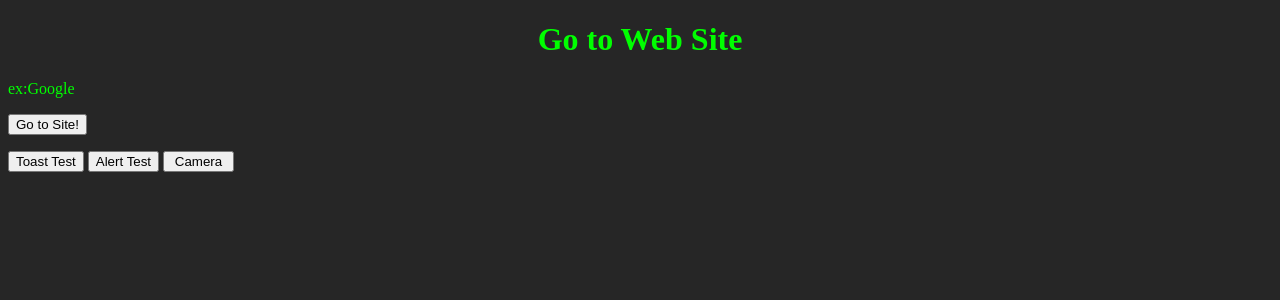
Repository: kenshiryu7/mdv-projects
Page: MDF3/project_4/Project4/assets/index.html
An editor plug-in stored every save of this project. The page is shown before and after the next save, followed by the edit.
The browser window is 1280 px wide. The pictures show the whole page.

Above is the page before, as saved 2013-02-28 18:57:35.

After the next save:
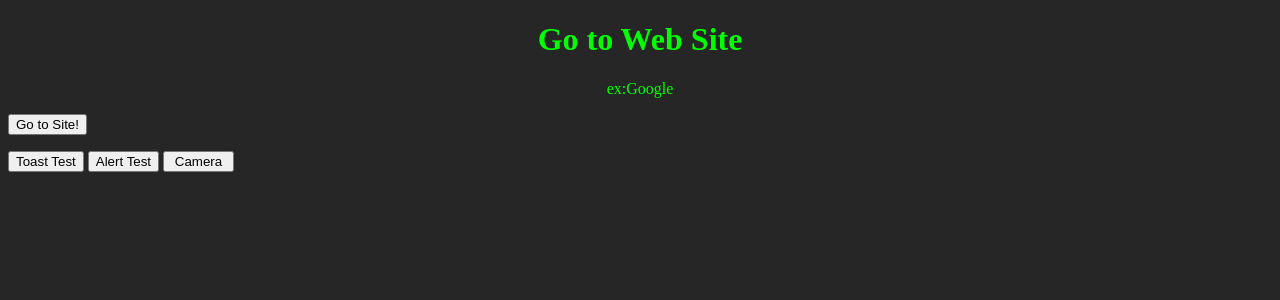
Saved 22 s later.
--- a/MDF3/project_4/Project4/assets/index.html
+++ b/MDF3/project_4/Project4/assets/index.html
@@ -63,5 +63,8 @@
 			h1{
 				text-align:center}
 
+			#mytext{
+				text-align:center}
+
 		</style>
 </html>
